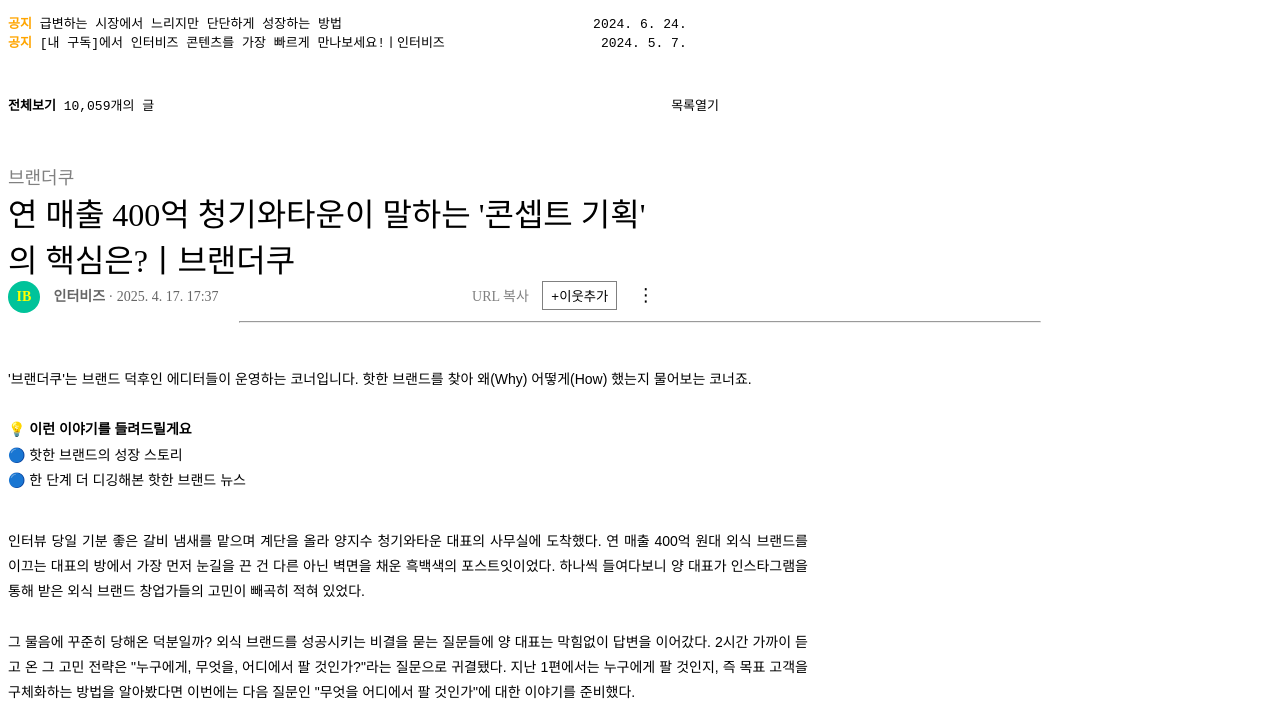
Repository: msgggg1/webPro
Page: webPro/src/main/webapp/html/days02/ex11.html
An editor plug-in stored every save of this project. The page is shown before and after the next save, followed by the edit.
The browser window is 1280 px wide. The pictures show the whole page.

Above is the page before, as saved 2025-04-22 15:30:38.

### webPro/src/main/webapp/html/days02/ex11.html
<!DOCTYPE html>
<html>
<head>
<meta charset="UTF-8">
<title>Insert title here</title>
<link rel="shortcut icon" type="image/x-icon" href="http://localhost/webPro/images/SiSt.ico">
<script src="https://ajax.googleapis.com/ajax/libs/jquery/3.7.1/jquery.min.js"></script>
<style>
	#list{
		color: black;
		text-decoration: none;
	}
	#list:hover{
		text-decoration: underline;
	}
	a{
		text-decoration: none;
	}
	a:hover{
		text-decoration: underline;
	}
	a:visited {
		color: gray;
	}
</style>
</head>
<body>
<!-- https://blog.naver.com/PostView.naver?blogId=businessinsight&logNo=223837748542&proxyReferer=&noTrackingCode=true -->
<pre>
<font color="orange"><b>공지</b></font> 급변하는 시장에서 느리지만 단단하게 성장하는 방법                 	           2024. 6. 24. <!-- 줄 간격 맞추기 -->
<font color="orange"><b>공지</b></font> [내 구독]에서 인터비즈 콘텐츠를 가장 빠르게 만나보세요!ㅣ인터비즈 		    2024. 5. 7.
</pre>
<br>
<pre>
<b>전체보기</b> 10,059개의 글							     	     <a href="" id="list">목록열기</a>
</pre>
<br>
<br>
<font size="4" color="gray"><a href="">브랜더쿠</a></font>
<br>
<font size="6">연 매출 400억 청기와타운이 말하는 '콘셉트 기획'<br>의 핵심은?ㅣ브랜더쿠</font>
<font style="font-size: 14px;">
<br>

  <span style="display: inline-block; width: 32px; height: 32px; background-color: #00c39a; color: yellow; border-radius: 50%; text-align: center; line-height: 32px; font-weight: bold;">
    IB
  </span>

  <span style="margin-left: 10px; color: #666;">
  <b>인터비즈</b> · 2025. 4. 17. 17:37
</span>

<a href="" style="margin-left: 250px; color: gray; text-decoration: none;">URL 복사</a>

<button style="margin-left: 10px; border: 1px solid gray; padding: 4px 8px; background: white;">
  +이웃추가
</button>

<button style="margin-left: 10px; border: none; background: none; font-size: 18px;">
  ⋮
</button>
</font>
<hr style="width: 800px">
<br>
<br>
<!-- 본문 -->
<font style="font-family: sans-serif; font-size: 14px; line-height: 1.8; display: block; width: 800px; text-align: justify;">
  '브랜더쿠'는 브랜드 덕후인 에디터들이 운영하는 코너입니다. 핫한 브랜드를 찾아 왜(Why) 어떻게(How) 했는지 물어보는 코너죠.
  <br><br>
  💡 <b>이런 이야기를 들려드릴게요</b><br>
  🔵 핫한 브랜드의 성장 스토리<br>
  🔵 한 단계 더 디깅해본 핫한 브랜드 뉴스
</font>
<br><br>

<!-- 본문 내용 -->
<font style="font-family: sans-serif; font-size: 14px; line-height: 1.8; display: block; width: 800px; text-align: justify;">
  인터뷰 당일 기분 좋은 갈비 냄새를 맡으며 계단을 올라 양지수 청기와타운 대표의 사무실에 도착했다.
  연 매출 400억 원대 외식 브랜드를 이끄는 대표의 방에서 가장 먼저 눈길을 끈 건 다른 아닌 벽면을 채운 흑백색의 포스트잇이었다.
  하나씩 들여다보니 양 대표가 인스타그램을 통해 받은 외식 브랜드 창업가들의 고민이 빼곡히 적혀 있었다.
  <br><br>
  그 물음에 꾸준히 당해온 덕분일까? 외식 브랜드를 성공시키는 비결을 묻는 질문들에 양 대표는 막힘없이 답변을 이어갔다.
  2시간 가까이 듣고 온 그 고민 전략은 "누구에게, 무엇을, 어디에서 팔 것인가?"라는 질문으로 귀결됐다.
  지난 1편에서는 누구에게 팔 것인지, 즉 목표 고객을 구체화하는 방법을 알아봤다면 이번에는 다음 질문인
  "무엇을 어디에서 팔 것인가"에 대한 이야기를 준비했다.
</font>



</body>
</html>

After the next save:
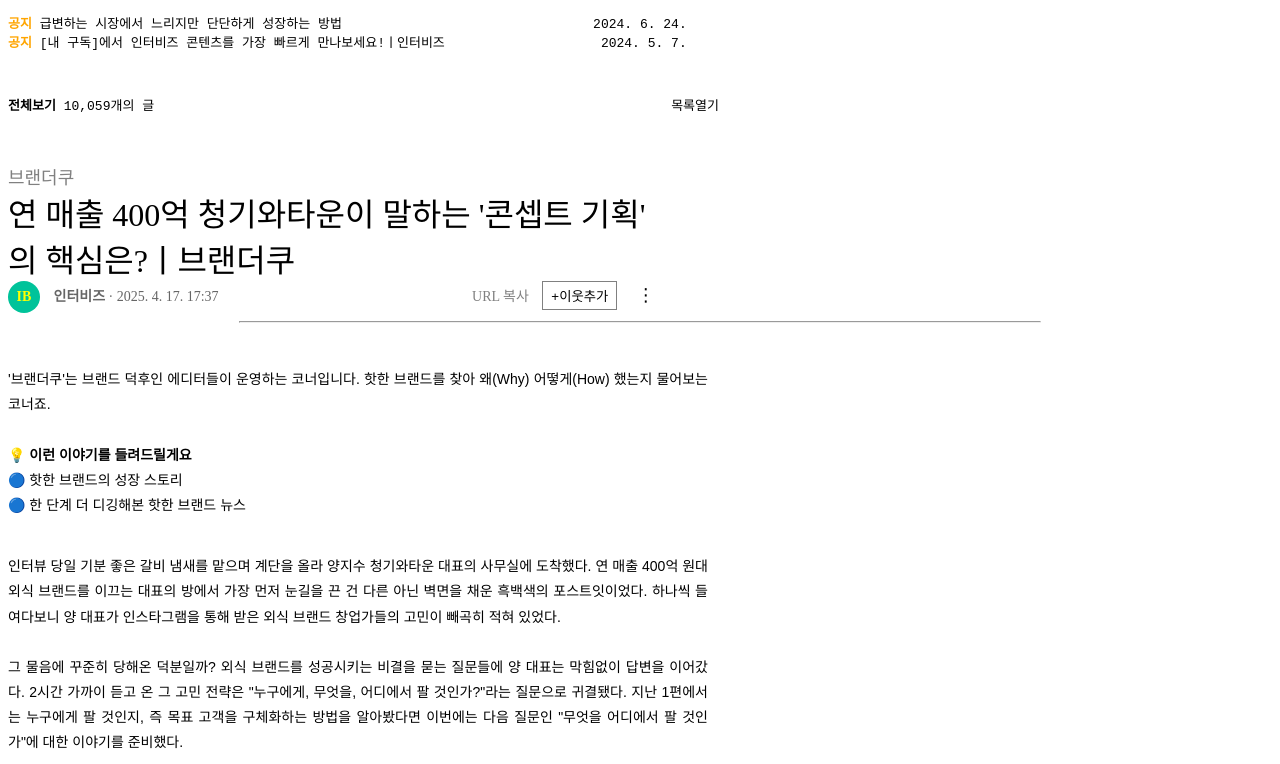
Saved 112 s later.
--- a/webPro/src/main/webapp/html/days02/ex11.html
+++ b/webPro/src/main/webapp/html/days02/ex11.html
@@ -64,7 +64,7 @@
 <br>
 <br>
 <!-- 본문 -->
-<font style="font-family: sans-serif; font-size: 14px; line-height: 1.8; display: block; width: 800px; text-align: justify;">
+<font style="font-family: sans-serif; font-size: 14px; line-height: 1.8; display: block; width: 700px; text-align: justify;">
   '브랜더쿠'는 브랜드 덕후인 에디터들이 운영하는 코너입니다. 핫한 브랜드를 찾아 왜(Why) 어떻게(How) 했는지 물어보는 코너죠.
   <br><br>
   💡 <b>이런 이야기를 들려드릴게요</b><br>
@@ -74,7 +74,7 @@
 <br><br>
 
 <!-- 본문 내용 -->
-<font style="font-family: sans-serif; font-size: 14px; line-height: 1.8; display: block; width: 800px; text-align: justify;">
+<font style="font-family: sans-serif; font-size: 14px; line-height: 1.8; display: block; width: 700px; text-align: justify;">
   인터뷰 당일 기분 좋은 갈비 냄새를 맡으며 계단을 올라 양지수 청기와타운 대표의 사무실에 도착했다.
   연 매출 400억 원대 외식 브랜드를 이끄는 대표의 방에서 가장 먼저 눈길을 끈 건 다른 아닌 벽면을 채운 흑백색의 포스트잇이었다.
   하나씩 들여다보니 양 대표가 인스타그램을 통해 받은 외식 브랜드 창업가들의 고민이 빼곡히 적혀 있었다.
